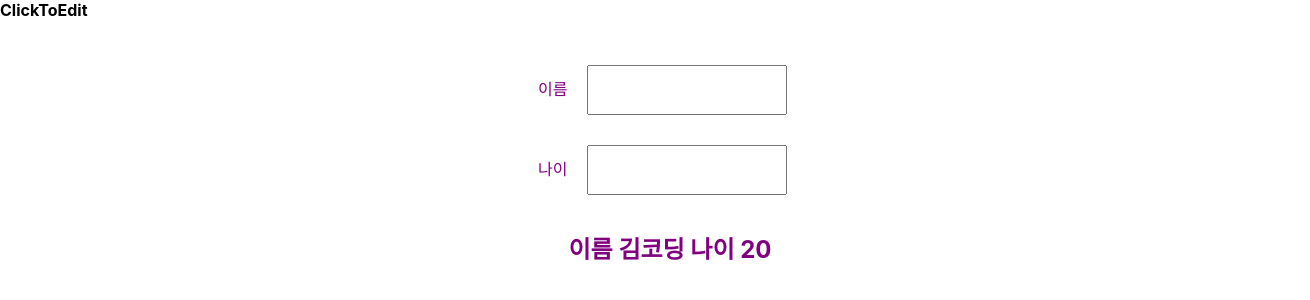
Repository: janghwahyun/wanted_pre_onboarding
Page: /ClickToEdit
An editor plug-in stored every save of this project. The page is shown before and after the next save, followed by the edit.
The browser window is 1280 px wide. The page is 1310 px wide, so the pictures cover 1310 px, including what lies to the right of the window. The pictures show the whole page.
The project was rebuilt for these pictures with package versions that can differ from the ones it lists, and the page was loaded fresh each time. Also part of the build but not shown: src/component/Modal.js, src/component/Tab.js, src/component/Tag.js, src/component/Toggle.js.

Above is the page before, as saved 2022-02-11 14:36:02.

### src/App.js
import ClickToEdit from './component/ClickToEdit';
import Modal from './component/Modal';
import Tab from './component/Tab';
import Tag from './component/Tag';
import Toggle from './component/Toggle';

import './App.css';
import { BrowserRouter, Routes, Route } from 'react-router-dom';

function App() {
  return (
    <BrowserRouter>
      <Routes>
        <Route path="/" element={<App />} />
        <Route path="/ClickToEdit" element={<ClickToEdit />} />
        <Route path="/Modal" element={<Modal />} />
        <Route path="/Tab" element={<Tab />} />
        <Route path="/Tag" element={<Tag />} />
        <Route path="/Toggle" element={<Toggle />} />
      </Routes>
    </BrowserRouter>
  );
}

export default App;

### src/component/ClickToEdit.js
import React, { useState } from 'react';
import styled from 'styled-components';

const ClickToEdit = () => {
  const [name, setName] = useState('김코딩');
  const [age, setAge] = useState('20');

  return (
    <>
      <strong>ClickToEdit</strong>
      <Form>
        <div>
          이름 <Input onChange={e => setName(e.target.value)}></Input>
        </div>
        <div>
          나이 <Input onChange={e => setAge(e.target.value)}></Input>
        </div>
        <h2>
          이름 {name} 나이 {age}
        </h2>
      </Form>
    </>
  );
};
const Form = styled.div`
  width: 100%;
  display: flex;
  justify-content: center;
  align-items: center;
  flex-direction: column;
  margin: 30px;
  color: purple;
`;

const Input = styled.input`
  width: 200px;
  height: 50px;
  margin: 15px;
  transition: 1s;
  outline: 3px
  outline-style: solid;
`;

export default ClickToEdit;

### src/App.css
* {
  box-sizing: border-box;
}

.App {
  width: 100%;
  height: 100vh;
  display: flex;
  justify-content: center;
  align-items: center;
}

Loaded but not shown: public/index.html (common file); src/index.js (common file); src/index.css (common file); src/reportWebVitals.js (common file)

After the next save:
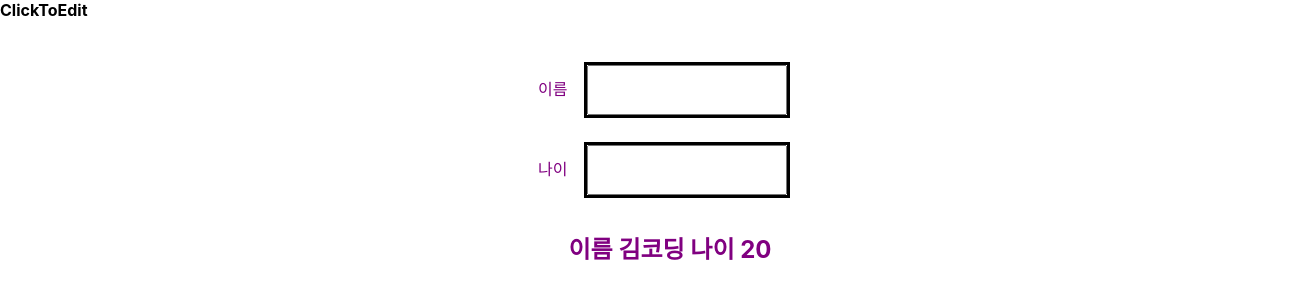
Saved 47 s later.
--- a/src/component/ClickToEdit.js
+++ b/src/component/ClickToEdit.js
@@ -37,7 +37,6 @@
   height: 50px;
   margin: 15px;
   transition: 1s;
-  outline: 3px
   outline-style: solid;
 `;
 

After the save that followed:
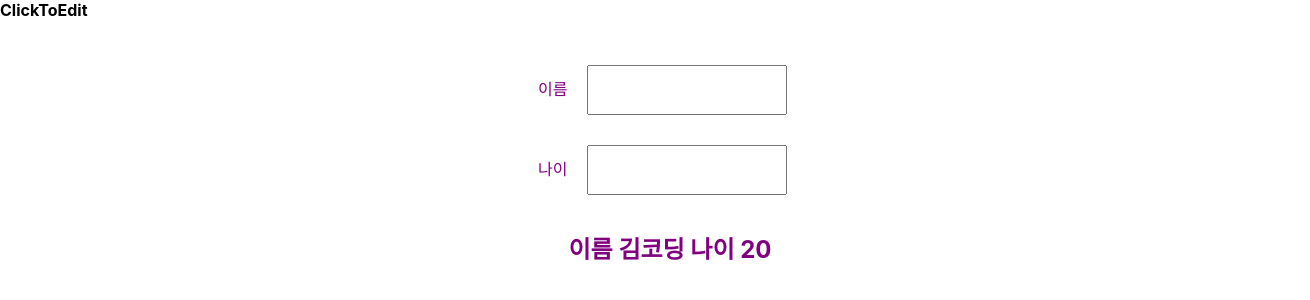
Saved 7 s later.
--- a/src/component/ClickToEdit.js
+++ b/src/component/ClickToEdit.js
@@ -37,7 +37,6 @@
   height: 50px;
   margin: 15px;
   transition: 1s;
-  outline-style: solid;
 `;
 
 export default ClickToEdit;
